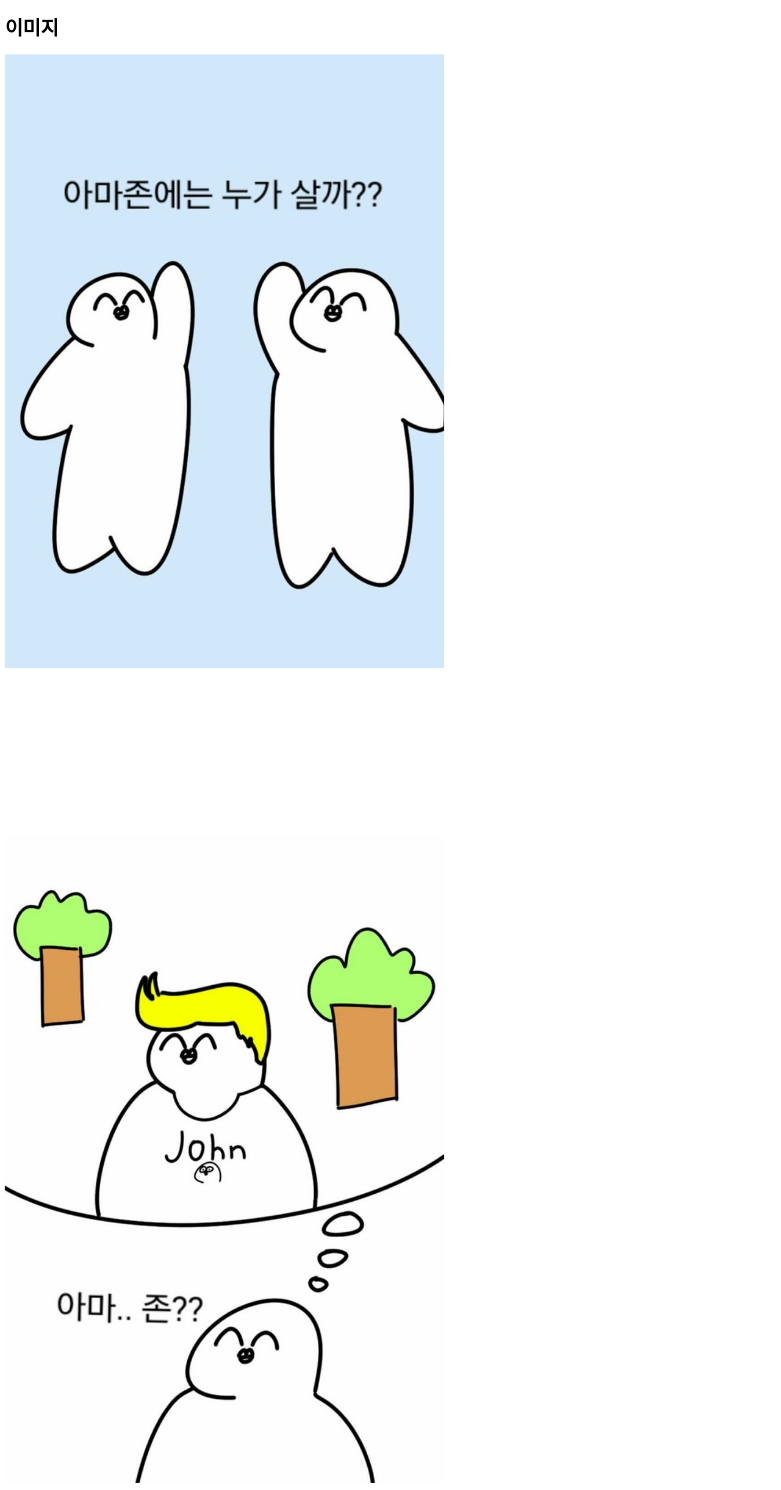
Repository: hb6700/client
Page: ClientTest/src/main/webapp/html/ex13_image.html
An editor plug-in stored every save of this project. The page is shown before and after the next save, followed by the edit.
The browser window is 1280 px wide. The pictures show the whole page, at 61% of full size.

Above is the page before, as saved 2023-09-20 07:38:23.

### ClientTest/src/main/webapp/html/ex13_image.html
<!DOCTYPE html>
<html>
	<head>
		<meta charset="UTF-8">
		<title>ex13_image</title>
	</head>
	<body>
		<!--
		이미지(Image)
		- <img>
		- 단독태그
		-- https://pixabay.com/ko/
		1. img.src
			- source
			- 이미지 파일 url
		2. img.alt
			- alternate text > 대체 텍스트
			- 이미지를 대신해서 출력할 문자열
			- 검색용
		3. img.width
			- 이미지 너비
		4. img.height
			- 이미지 높이
		HTML속성
		1. 필수속성(Required)
			- 반드시 작성해야 하는 속성
			- src, alt
		2. 선택속성(Optional)
			- 필요하면 작성하는 속성
			- width, height
		-->
		<h1>이미지</h1>
		<!-- <img src="./images/고경표.jpg"> -->
		<!-- <img src="./images/송민호물음표.png" alt="문자열"> -->
		<!-- <img src="images/카리나2.jpg" width="605" height="776"> -->
		<!-- <img src="images/카리나2.jpg" width="200" height="260"> -->
		<img src="images/아마.jpg">
		<br><br><br><br><br><br><br><br><br><br><br><br><br><br><br><br>
		<img src="images/존.jpg">



	</body>
</html>

After the next save:
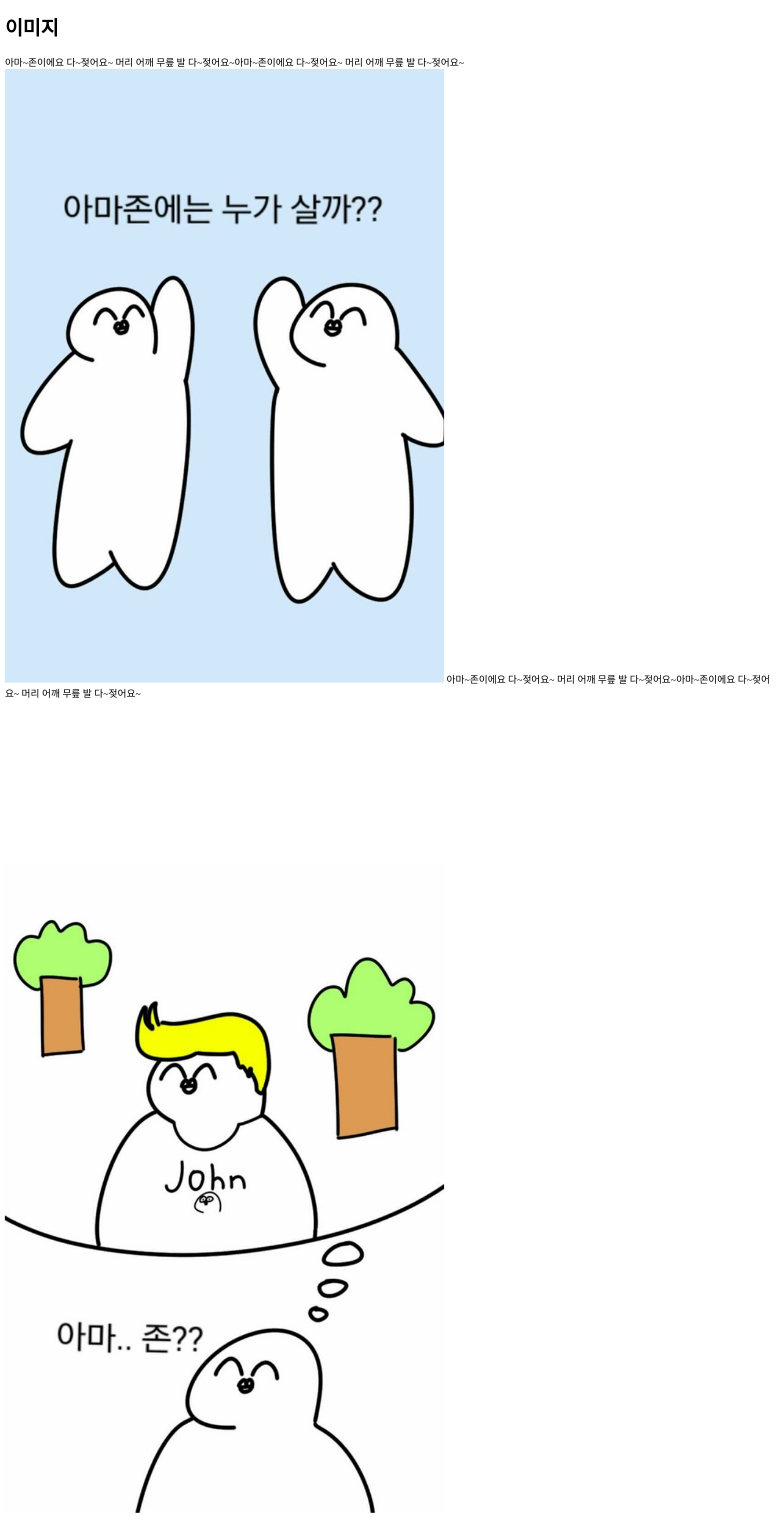
Saved 5 min 7 s later.
--- a/ClientTest/src/main/webapp/html/ex13_image.html
+++ b/ClientTest/src/main/webapp/html/ex13_image.html
@@ -21,6 +21,10 @@
 			- 이미지 너비
 		4. img.height
 			- 이미지 높이
+		5. border > 테두리액자(?)
+
+		* 둘중 하나만 쓰면 작성된 사이즈를 기준으로 종횡비 계산하여 사진 삽입 가능
+
 		HTML속성
 		1. 필수속성(Required)
 			- 반드시 작성해야 하는 속성
@@ -34,7 +38,9 @@
 		<!-- <img src="./images/송민호물음표.png" alt="문자열"> -->
 		<!-- <img src="images/카리나2.jpg" width="605" height="776"> -->
 		<!-- <img src="images/카리나2.jpg" width="200" height="260"> -->
+		아마~존이에요 다~젖어요~ 머리 어깨 무릎 발 다~젖어요~아마~존이에요 다~젖어요~ 머리 어깨 무릎 발 다~젖어요~
 		<img src="images/아마.jpg">
+		아마~존이에요 다~젖어요~ 머리 어깨 무릎 발 다~젖어요~아마~존이에요 다~젖어요~ 머리 어깨 무릎 발 다~젖어요~
 		<br><br><br><br><br><br><br><br><br><br><br><br><br><br><br><br>
 		<img src="images/존.jpg">
 
